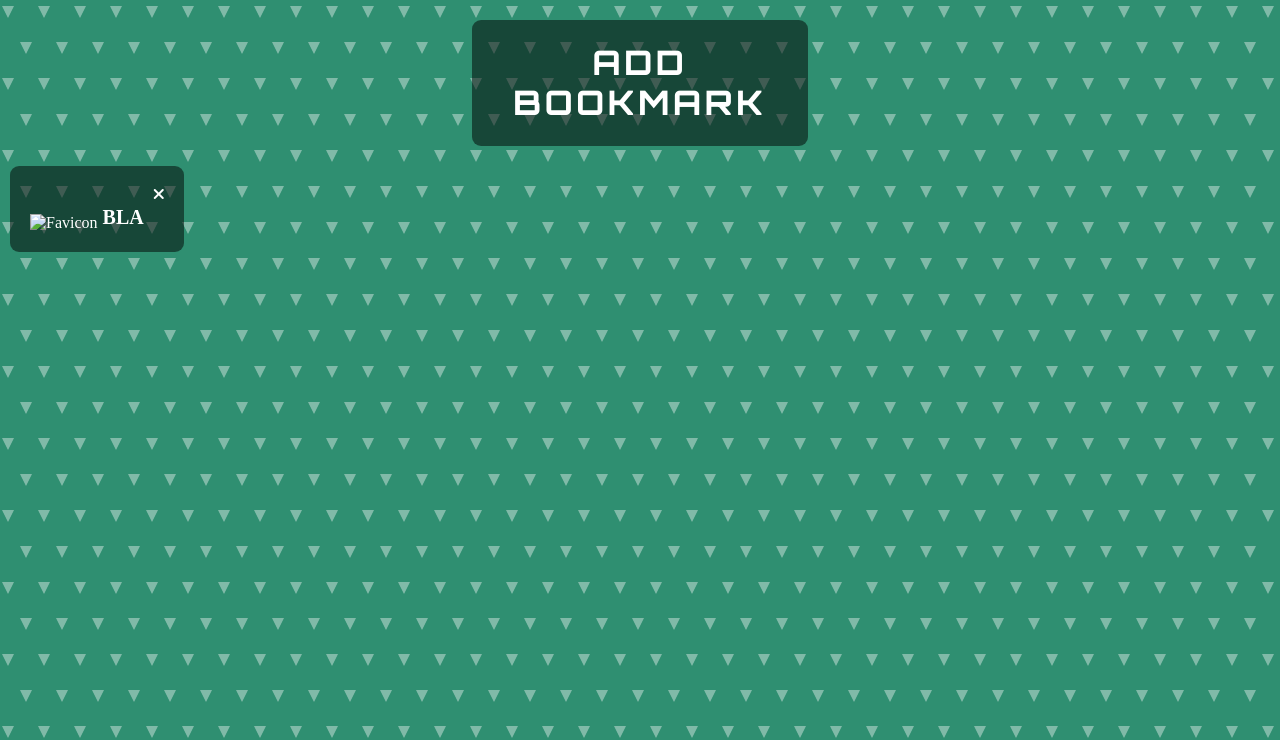
Repository: Maryie-B/JavaScript-Practice-Projects
Page: Bookmarks Keeper/index.html
These files come from the project's save history. The page is drawn as it stood at one moment and after the next save; the edit follows.
The browser window is 1280 px wide. The pictures show the whole page.

Above is the page before, as saved 2023-12-12 14:58:05.

After the next save:
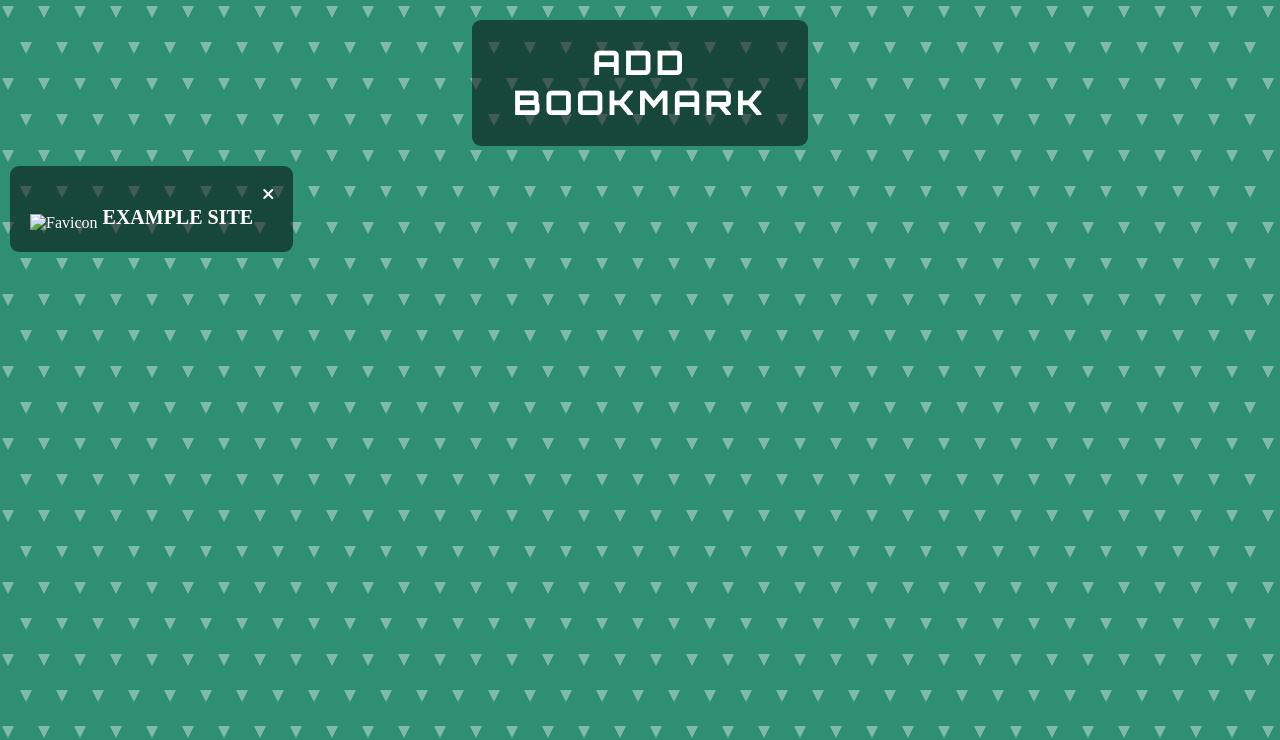
Saved 2 min 15 s later.
--- a/Bookmarks Keeper/script.js
+++ b/Bookmarks Keeper/script.js
@@ -71,8 +71,8 @@ function fetchBookmarks() {
     } else {
         bookmarks = [
             {
-                name: 'bla',
-                url: 'https://bla.com'
+                name: 'Example Site',
+                url: 'https://examplesite.com'
             }
         ];
         localStorage.setItem('bookmarks', JSON.stringify(bookmarks));
